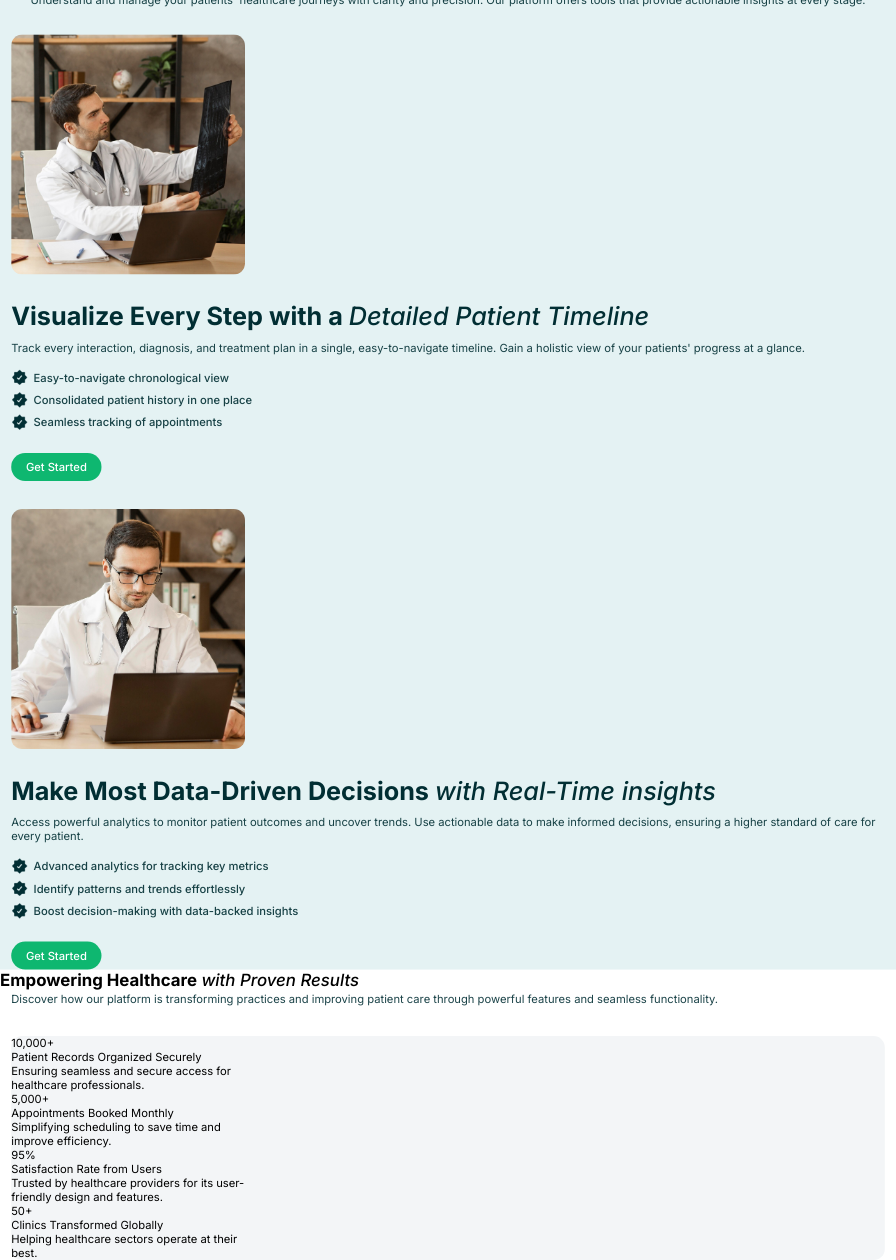
Repository: DiegoWWeege/recuperacao-prova-front-end
Page: index.html
These files come from the project's save history. The page is drawn as it stood at one moment and after a run of saves; the edit follows.
The browser window is 1280 px wide. The pictures show the part of the page from y = 1543 to 3463 px (the page is 3343 px tall before and 3463 px after), at 70% of full size.

Above is the page before, as saved 2026-06-22 18:54:17.

### index.html
<!DOCTYPE html>
<html lang="pt-br">
<head>
    <meta charset="UTF-8">
    <meta name="viewport" content="width=device-width, initial-scale=1.0">
    <title>ERTIFY HEALTH</title>
    <link rel="stylesheet" href="style.css">
</head>
<body>

    <!--Cabeçalho da Lading Page-->

    <header>
        <img src="images/logo.png" alt="Ertify Health logo">

        <section>
        <button aria-label = "Get Started" class = "get-started-button">Get Started</button>

            <img src="icons/burguer-menu.png" alt="Burguer menu">
        </section>
    </header>

    <!--Conteúdo principal da Lading Page-->
    <main class = "hero-section">

        <section>
            <h1>Simple & Secure Patient <span>Management</span></h1>
            <!-- Foi dado um espaço na palavra &amp, pois quando junta apresentava erro no html!-->
            <p>CERTIFY’s platform automates intake & amp; check-in processes
            so you can put the focus back on delivering quality care.</p>
        </section>

        <section id = "buttons-section">
            <button  aria-label = "Get Started" class = "get-started-button">Get Started</button>
            <button aria-label = "Play demo" class = "play-demo-button">Play Demo</button>
        </section>

        <img src="images/three-doctors.png" alt="Three doctors">
    </main>



    <section class = "section-patient-journey">
        <h2>Get a Proper Visualisation on <span>Patient Jouney</span></h2>

        <p>Understand and  manage your patients' healthcare journeys with
            clarity and precision. Our platform offers tools that provide
            actionable insights at every stage.</p>


        <section class = "image-text-benefits">

            <img src="images/doctor-xray.png" alt="A doctor sitting in his desk looking at an x-ray">

            <h2>Visualize Every Step with a <span>Detailed Patient Timeline</span></h2>

            <p>Track every interaction, diagnosis, and treatment
                plan in a single, easy-to-navigate
                timeline. Gain a holistic view of your patients'
                progress at a glance.</p>

            <section class = "benefits-grid">

                <img src="icons/checkmark-badge-02.png" alt="">
                <p class = "benefit">Easy-to-navigate chronological view</p>

                <img src="icons/checkmark-badge-02.png" alt="">
                <p class = "benefit">Consolidated patient history in one place</p>

                <img src="icons/checkmark-badge-02.png" alt="">
                <p class = "benefit">Seamless tracking of appointments</p>

            </section>

            <button  aria-label = "Get Started" class = "get-started-button">Get Started</button>

        </section>

        <section class = "image-text-benefits">

            <img src="images/doctor-laptop.png" alt="A doctor sitting in his desk looking at an x-ray">

            <h2>Make Most Data-Driven Decisions <span>with Real-Time insights</span></h2>

            <p>Access powerful analytics to monitor patient outcomes
                and uncover trends. Use actionable data
                 to make informed decisions, ensuring a higher standard
                 of care for every patient.</p>

            <section class = "benefits-grid">

                <img src="icons/checkmark-badge-02.png" alt="">
                <p class = "benefit">Advanced analytics for tracking key metrics</p>

                <img src="icons/checkmark-badge-02.png" alt="">
                <p class = "benefit">Identify patterns and trends effortlessly</p>

                <img src="icons/checkmark-badge-02.png" alt="">
                <p class = "benefit">Boost decision-making with data-backed insights</p>

            </section>

            <button  aria-label = "Get Started" class = "get-started-button">Get Started</button>

        </section>

    </section>

    <section class = "section-empowering-healthcare">
        <section class = "main-text">
            <h2>Empowering Healthcare<span> with Proven Results</span></h2>

        <p>Discover how our platform is transforming practices and improving
            patient care through powerful features and seamless functionality.</p>
        </section>

        <section class = "boxes-grid">
            <section class = "first-box">
                <p>10,000+</p>
                <p>Patient Records Organized Securely</p>

                <p>Ensuring seamless and secure access for healthcare professionals.</p>
            </section>

            <section class = "second-box">
                <p>5,000+</p>
                <p>Appointments Booked Monthly</p>

                <p>Simplifying scheduling to save time and improve efficiency.</p>
            </section>

            <section class = "third-box">
                <p>95%</p>
                <p>Satisfaction Rate from Users</p>

                <p>Trusted by healthcare providers for its user-friendly design and features.</p>
            </section>

            <section class = "fourth-box">
                <p>50+</p>
                <p>Clinics Transformed Globally</p>

                <p>Helping healthcare sectors operate at their best.</p>
            </section>
        </section>

    </section>
</body>
</html>

### style.css
@import url('https://fonts.googleapis.com/css2?family=Inter:ital,opsz,wght@0,14..32,100..900;1,14..32,100..900&family=Roboto:ital,wght@0,100..900;1,100..900&display=swap');

*{
    margin: 0px;
    padding: 0px;
    font-family: 'Inter', sans-serif;
}

img{
    object-fit: cover;
}

header{
    background-color: #012E33;
    width: 100vw;
    border-bottom: 1px solid #1A4347;
    display: grid;
    grid-template-columns: 1fr auto;
    align-items: center;
    padding: 1rem;
    box-sizing: border-box;
}

.get-started-button{
    background-color: #0EB770;
    color: white;
    font-size: 1rem;
    font-weight: 500;
    border-radius: 100px;
    height: 2.5rem;
    width: 8.063rem;
    border-style: none;
    justify-self: end;

}

header section{
    display: grid;
    grid-template-columns:auto auto;
    align-items: center;
    gap: 1rem;
}

.hero-section{
    background-color: #012E33;
    padding-top: 4.313rem;
    box-sizing: border-box;
}

.hero-section h1{
    font-family: "Inter" , sans-serif;
    font-size: 2.75rem;
    font-weight: 700;
    color: white;
    margin-bottom: 0.75rem;
    margin-left: 1.375rem;
    margin-right: 0.625rem;

}

.hero-section span{
    font-weight: 400;
    font-family: "Inter" , sans-serif;
    font-style: italic;
}

.hero-section p{
    color: rgba(255, 255, 255, 0.904);
    line-height: 1.625rem;
    margin-bottom: 4.313rem;
    margin-left: 1.375rem;
    margin-right: 0.625rem;
}

.hero-section #buttons-section button{
    width: 21.438rem;
    height: 3.5rem;
    margin-left: 1.375rem;
    margin-right: 0.625rem;
}

.hero-section #buttons-section .get-started-button{
    margin-bottom: 1rem;
}

.hero-section #buttons-section .play-demo-button{
    border: 1px solid #044046;
    border-radius: 100px;
    background: none;
    color: white;
    align-items: center;
    font-weight: 500;
    font-size: 16px;
}

.hero-section img{
    width: 100vw;
    margin-top: 2rem;
}

.section-patient-journey{
    background-color: #E4F2F3;
    padding-left: 1rem;
    padding-right: 1rem;
    padding-top: 3.75rem;
    padding-bottom: ;
}

.section-patient-journey h2{
    font-family: "Inter" , sans-serif;
    font-weight: 700;
    font-size: 36px;
    line-height: 46px;
    color: #012E33;
    text-align: center;
}

.section-patient-journey span{
    font-weight: 500;
    font-style: italic;
}

.section-patient-journey p{
    color: #012e33e7;
    font-weight: 400;
    text-align: center;
    margin-top: 0.75rem;
}

.section-patient-journey img{
    height: 21.438rem;
    width: 20.875rem;
    border-radius: 1rem;
    margin-top: 2.5rem;
    margin-bottom: 2rem;
}

.section-patient-journey .image-text-benefits h2{
    text-align: start;
}

.section-patient-journey .image-text-benefits p{
    text-align:  start;
}

.image-text-benefits .benefits-grid{
    display: grid;
    grid-template-columns: auto 1fr;
    gap: 0.5rem;
    margin-top: 1.313rem;
    margin-bottom: 2rem;
}

.image-text-benefits .benefits-grid img{
    width: 1.5rem;
    height: 1.5rem;
    margin: 0px;

}

.image-text-benefits .benefits-grid p{
    margin: 0px;
    align-self: center;
    font-weight: 500;

}

.section-empowering-healthcare .main-text h1{
    margin-top: 3.75rem;
    margin-left: 1rem;
    margin-bottom: 0,75rem;
    font-family: "Inter" , sans-serif;
    font-weight: 700;
    line-height: 46px;
    font-size: 36px;
    color: #012E33;
}

.section-empowering-healthcare .main-text span{
    font-weight: 500;
    font-style: italic;
}

.section-empowering-healthcare .main-text p{
    margin-left: 1rem;
    font-family: "Inter" , sans-serif;
    font-weight: 400;
    font-size: 16px;
    line-height: 26px;
    color: #012E33E5;
    margin-bottom: 2.5rem;

}
.section-empowering-healthcare .boxes-grid{
    display: grid;
    grid-template-columns: 21.438rem;
    background-color: #F3F5F7;
    border-radius: 16px;
    margin-left: 1rem;
    margin-right: 1rem;


}

After the next 2 saves:
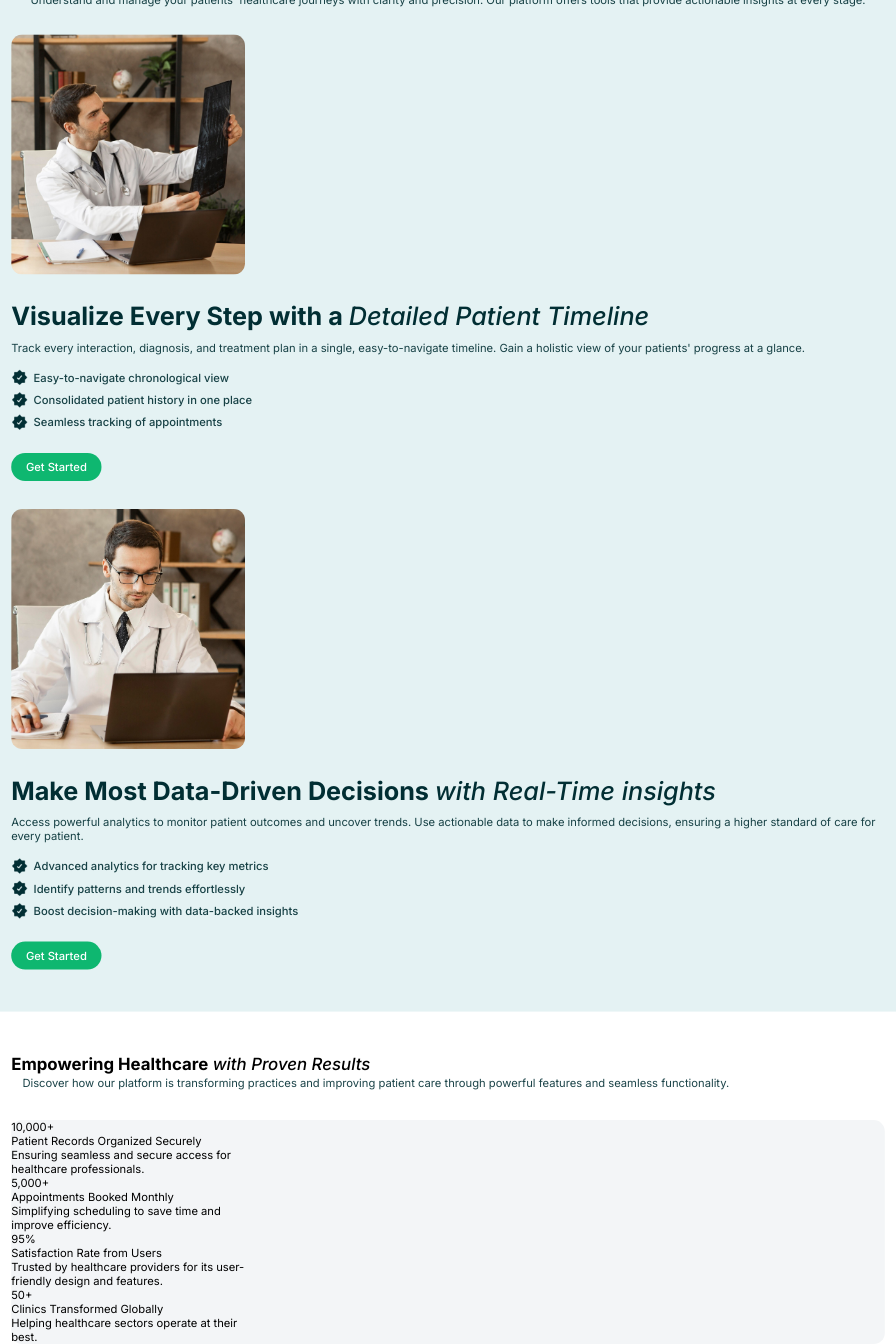
The 2 saves are shown as one change because they came seconds apart.
The last was saved 28 s later.
--- a/style.css
+++ b/style.css
@@ -103,7 +103,7 @@ header section{
     padding-left: 1rem;
     padding-right: 1rem;
     padding-top: 3.75rem;
-    padding-bottom: ;
+    padding-bottom: 3.75rem;
 }
 
 .section-patient-journey h2{
@@ -165,10 +165,13 @@ header section{
 
 }
 
-.section-empowering-healthcare .main-text h1{
+.section-empowering-healthcare .main-text{
     margin-top: 3.75rem;
     margin-left: 1rem;
     margin-bottom: 0,75rem;
+}
+
+.section-empowering-healthcare .main-text h1{
     font-family: "Inter" , sans-serif;
     font-weight: 700;
     line-height: 46px;
